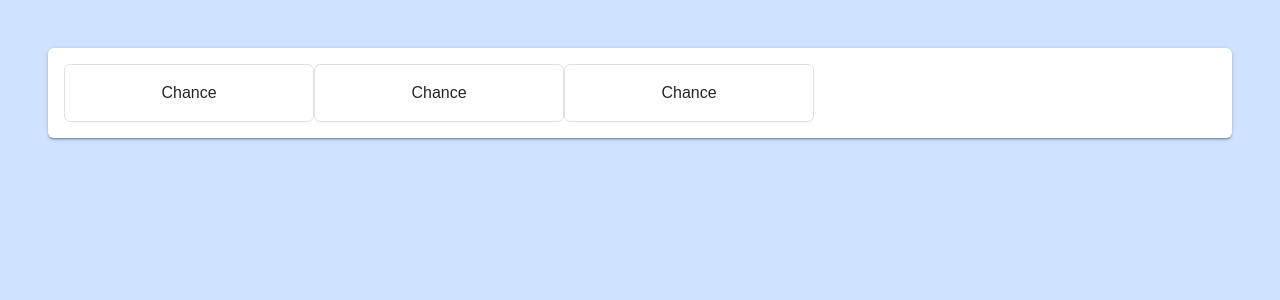
Repository: chancellor-w-whitaker/bec-tab
Page: /
The author's editor kept a copy of each file at every save. The page is drawn from the files as they stood at one save, then again after the next save.
The browser window is 1280 px wide. The pictures show the whole page.
Some web fonts or font styles are not loaded; a fallback is used. The project was rebuilt for these pictures with package versions that can differ from the ones it lists, and the page was loaded fresh each time. Also part of the build but not shown: vite.config.js.

Above is the page before, as saved 2024-01-06 23:59:19.

After the next save:
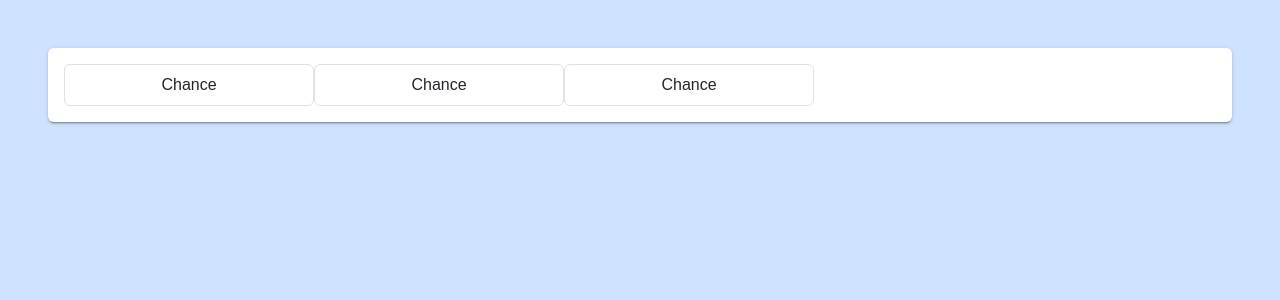
Saved 10 s later.
--- a/src/App.jsx
+++ b/src/App.jsx
@@ -15,7 +15,7 @@ const useBodyBgVariant = (bgVariant = "body-tertiary") => {
 const Card = ({ children }) => {
   return (
     <>
-      <div className="rounded border p-3" style={{ width: 250 }}>
+      <div className="rounded border p-2" style={{ width: 250 }}>
         {children}
       </div>
     </>
